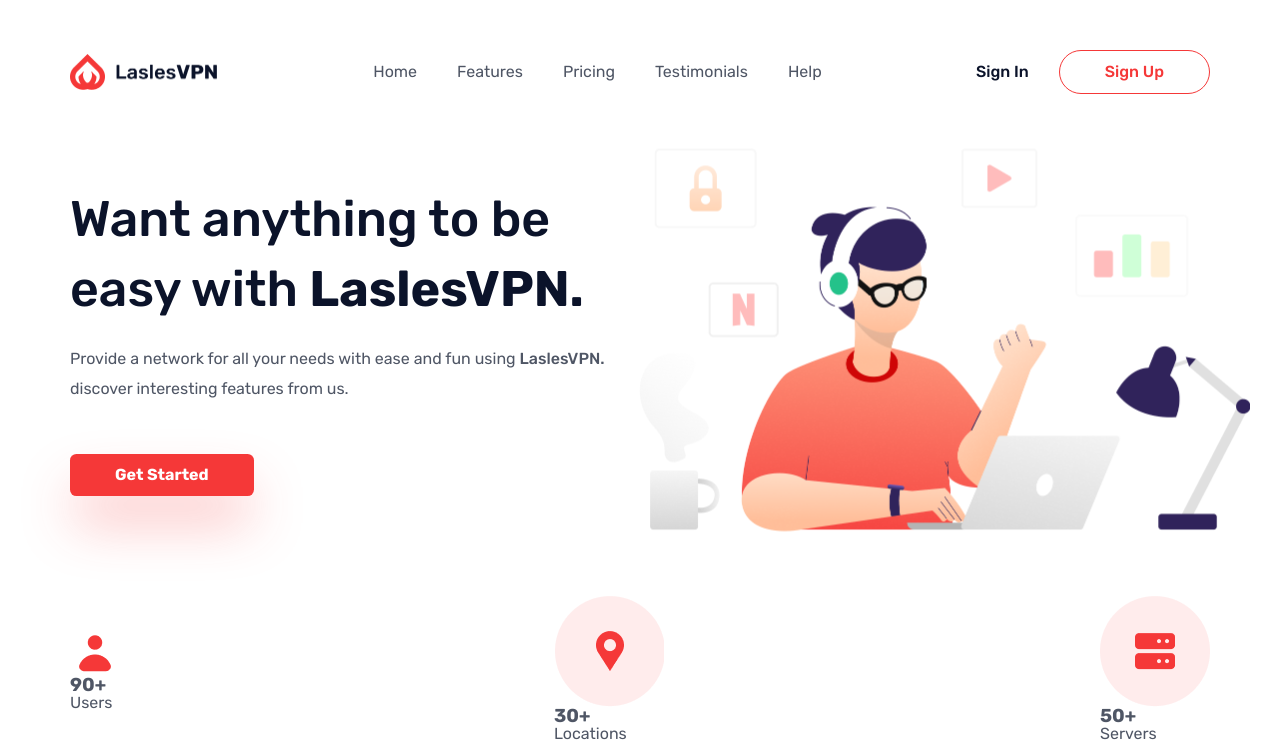
Repository: kebinh1235/lasles-demo
Page: index.html
The author's editor kept a copy of each file at every save. The page is drawn from the files as they stood at one save, then again after the next save.
The browser window is 1280 px wide. The pictures show the whole page.
The style sheet was rebuilt from its Sass, Less or Tailwind sources for each picture, by a compiler version that may differ from the author's.

Above is the page before, as saved 2021-10-31 00:47:52.

After the next save:
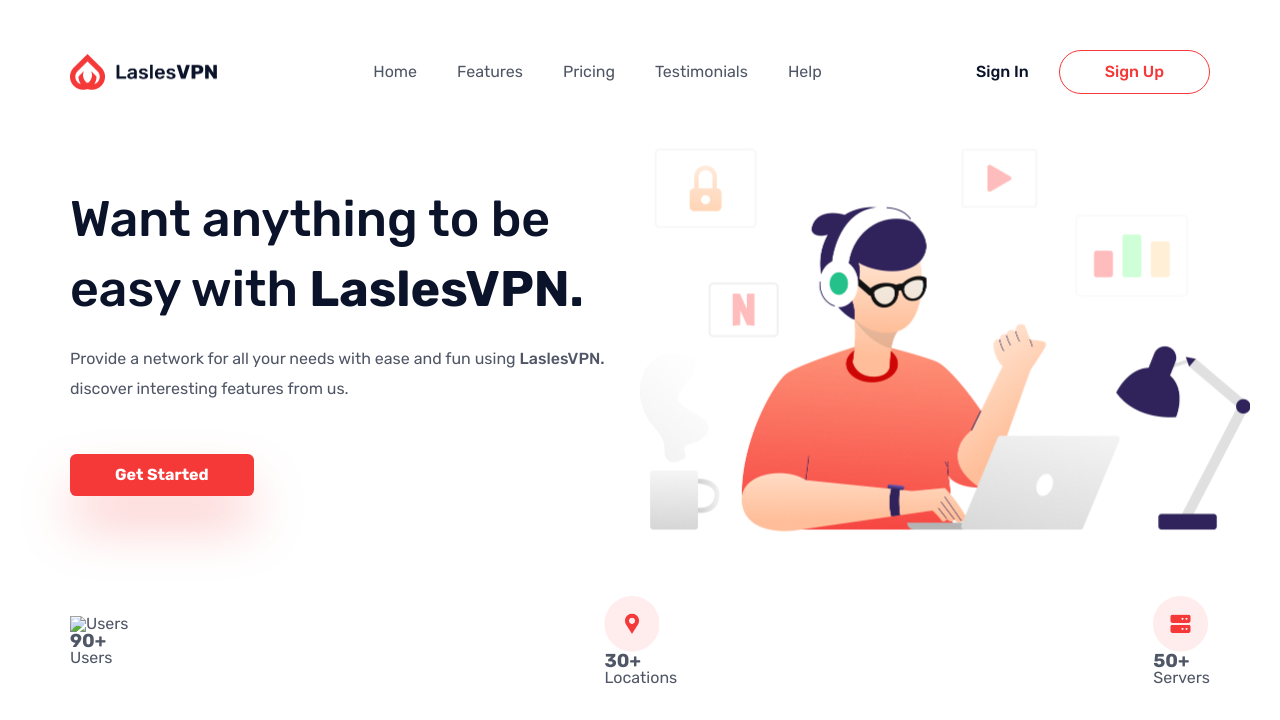
Saved 41 s later.
--- a/index.html
+++ b/index.html
@@ -64,7 +64,7 @@
           <div class="intro__container">
             <div class="intro__item">
               <div class="intro__icon">
-                <img src="./images/Icon/Group 1216.png" alt="Users" title="Users">
+                <img srcset="./images/Icon/Group 1216.png 2x" alt="Users" title="Users">
               </div>
               <div class="intro__info">
                 <h3 class="intro__title">90+</h3>
@@ -73,7 +73,7 @@
             </div>
             <div class="intro__item">
               <div class="intro__icon">
-                <img src="./images/Icon/location.png" alt="Location" title="Location">
+                <img srcset="./images/Icon/location.png 2x"alt="Location" title="Location">
               </div>
               <div class="intro__info">
                 <h3 class="intro__title">30+</h3>
@@ -82,7 +82,7 @@
             </div>
             <div class="intro__item">
               <div class="intro__icon">
-                <img src="./images/Icon/Server.png" alt="Server" title="Server">
+                <img srcset="./images/Icon/Server.png 2x" alt="Server" title="Server">
               </div>
               <div class="intro__info">
                 <h3 class="intro__title">50+</h3>
